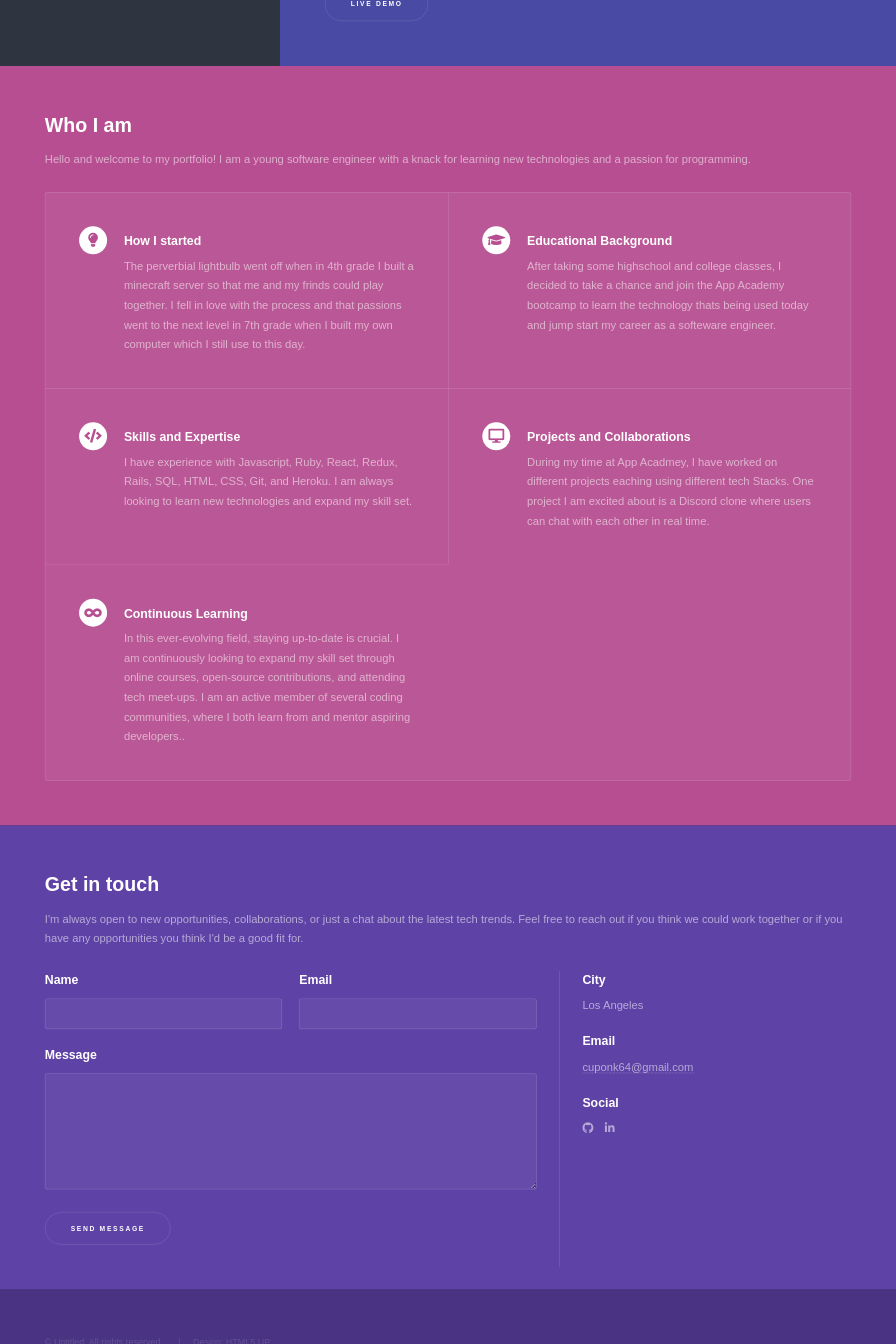
Repository: Cuponk/portfolio
Page: index.html
An editor plug-in stored every save of this project. The page is shown before and after the next save, followed by the edit.
The browser window is 1280 px wide. The pictures show the part of the page from y = 1895 to 3815 px (the page is 3882 px tall), at 70% of full size.

Above is the page before, as saved 2023-10-11 14:22:33.

After the next save:
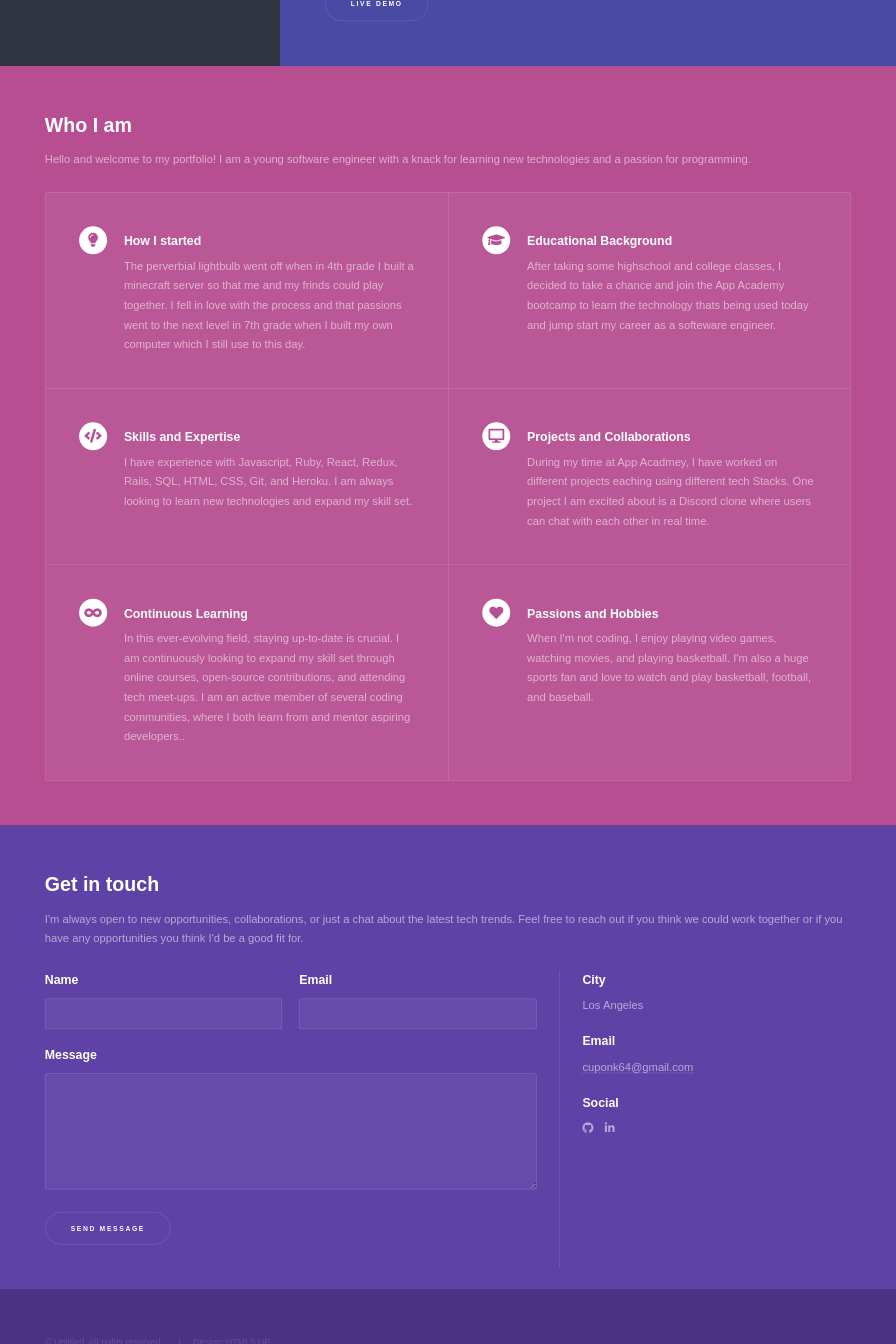
Saved 34 s later.
--- a/index.html
+++ b/index.html
@@ -146,6 +146,13 @@
 							expand my skill set through online courses, open-source contributions, and attending tech
 							meet-ups. I am an active member of several coding communities, where I both learn from and
 							mentor aspiring developers..</p>
+					</section>
+					<section>
+						<span class="icon solid major fa-heart"></span>
+						<h3>Passions and Hobbies</h3>
+						<p>When I'm not coding, I enjoy playing video games, watching movies, and playing basketball.
+							I'm also a huge sports fan and love to watch and play basketball, football, and baseball.
+						</p>
 					</section>
 
 				</div>
